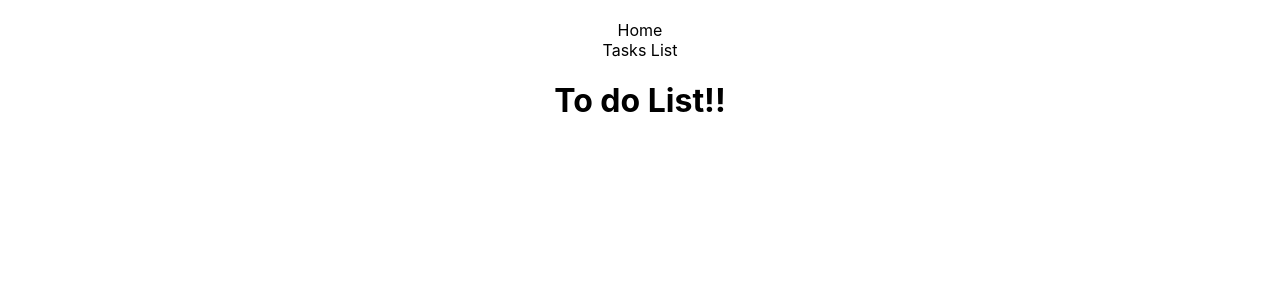
Repository: runner855/abstract_todolist
Page: /
These files come from the project's save history. The page is drawn as it stood at one moment and after the next save; the edit follows.
The browser window is 1280 px wide. The pictures show the whole page.
The project was rebuilt for these pictures with package versions that can differ from the ones it lists, and the page was loaded fresh each time.

Above is the page before, as saved 2022-11-08 15:14:35.

### src/App.tsx
import React from "react";
import { Header } from "./Header";
import "./App.css";

export const App = () => {
  return (
    <div className="App">
      <Header />
      <h1>To do List!!</h1>
    </div>
  );
};

### src/Header.tsx
import * as React from "react";
import "./Header.css";

export const Header = () => {
  return (
    <div className="home">
      <ul>
        <li>Home</li>
        <li>Tasks List</li>
      </ul>
    </div>
  );
};

### src/Header.css
ul{
    display: inline;
}

Loaded but not shown: public/index.html (common file); src/index.tsx (common file); src/index.css (common file); src/App.css (common file)

After the next save:
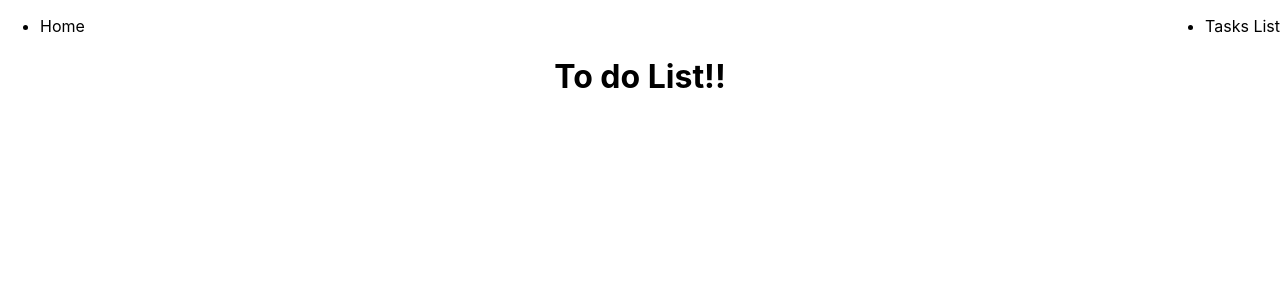
Saved 32 s later.
--- a/src/Header.css
+++ b/src/Header.css
@@ -1,3 +1,4 @@
 ul{
-    display: inline;
+    display: flex;
+    justify-content: space-between;
 }
